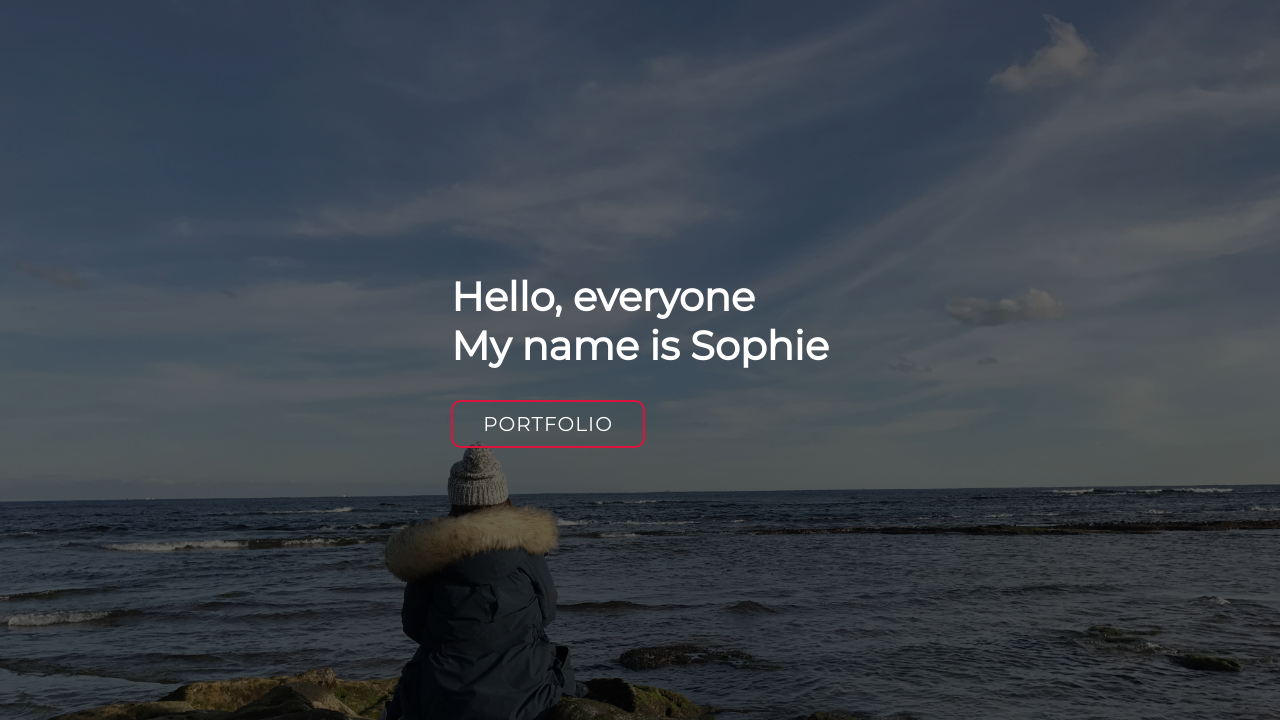
Repository: wenxi0504/StaticWebsite_Profolio
Page: index.html
The author's editor kept a copy of each file at every save. The page is drawn from the files as they stood at one save, then again after the next save.
The browser window is 1280 px wide. The pictures show the whole page.

Above is the page before, as saved 2022-03-01 23:08:48.

After the next save:
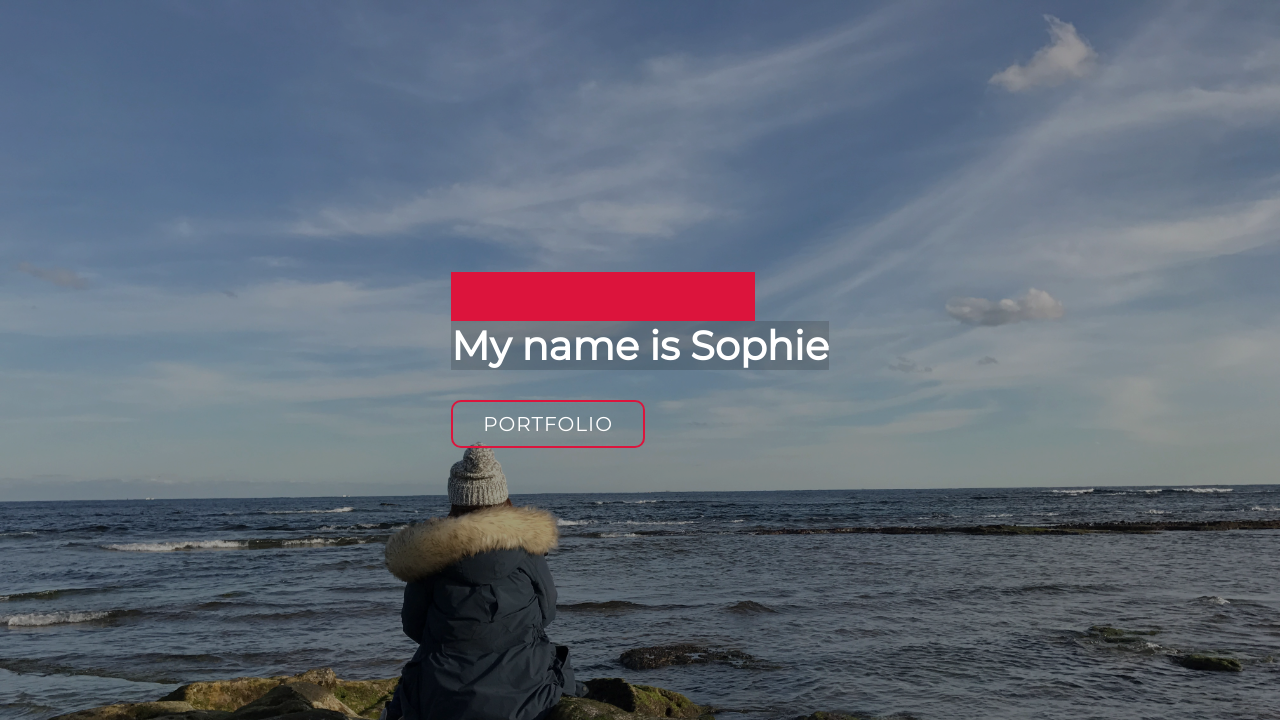
Saved 2 min 30 s later.
--- a/style.css
+++ b/style.css
@@ -50,8 +50,16 @@ z-index:1;
     width: fit-content;
     background-color:transparent;
     font-size: 4rem;
-    /* position: relative; */
+    position: relative;
     color: white;
+}
+#myIntro h1 span{
+    position: absolute;
+    top:0;
+    left:0;
+    height: 100%;
+    width: 100%;
+    background-color:crimson;
 }
 
 #myIntro .cta{
